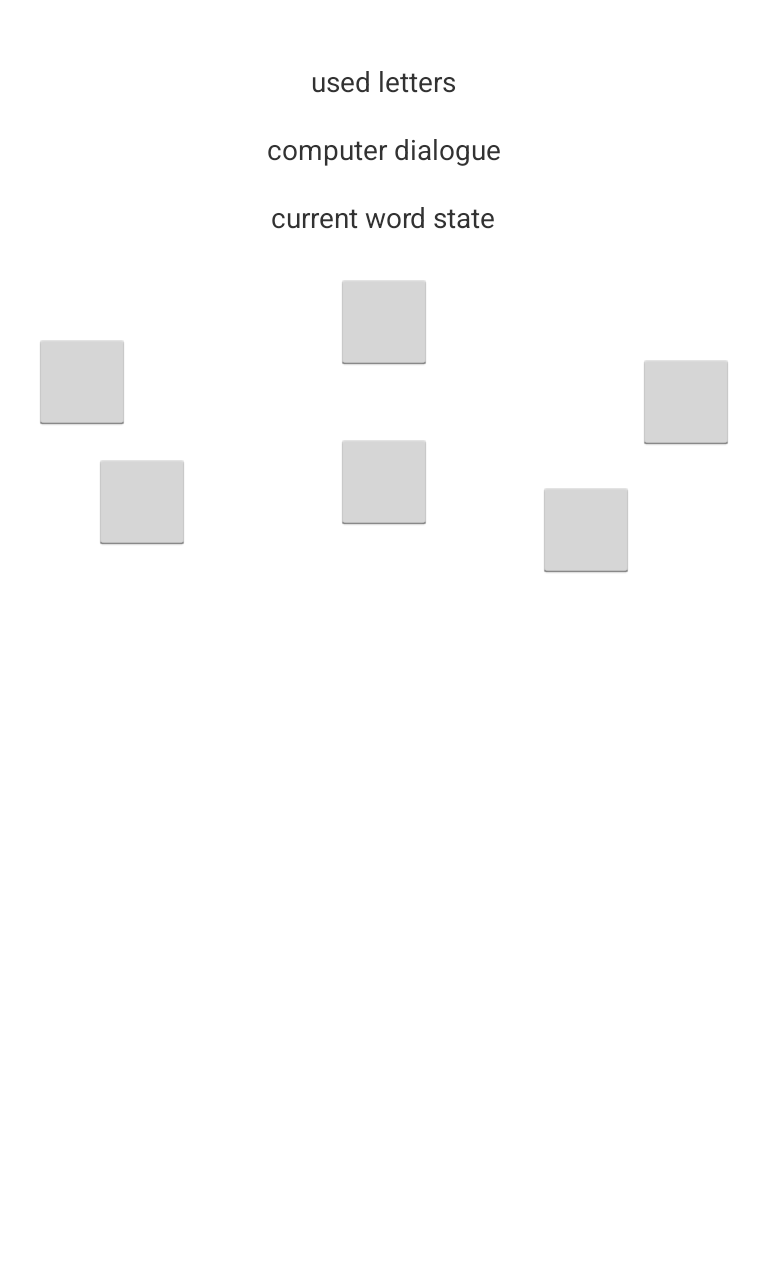
Repository: svandenhout/EvilSpaceMonsterHangman
Layout: evilSpaceMonsterHangman/res/layout/activity_main.xml
The author's editor kept a copy of each file at every save. The layout is drawn from the files as they stood at one save, then again after the next save.
It is drawn on a 768 x 1280 px phone screen (xhdpi) without system bars, with theme AppTheme; the app's code is not run.

Above is the layout before, as saved 2013-12-16 13:21:43.

After the next save:
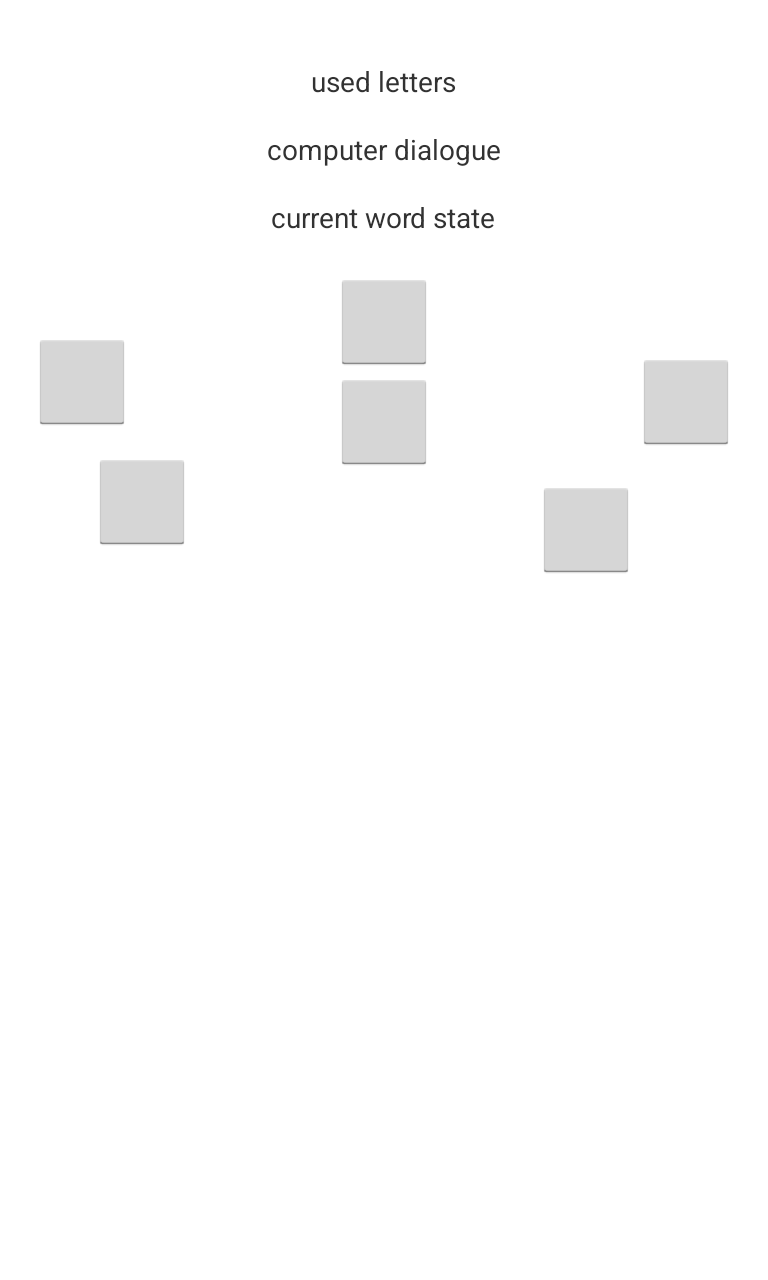
Saved 77 s later.
--- a/evilSpaceMonsterHangman/res/layout/activity_main.xml
+++ b/evilSpaceMonsterHangman/res/layout/activity_main.xml
@@ -70,14 +70,6 @@
         android:onClick="eyePress" />
 
     <Button
-        android:id="@+id/eye_4"
-        android:layout_width="50dp"
-        android:layout_height="50dp"
-        android:layout_alignLeft="@+id/eye_3"
-        android:layout_below="@+id/eye_6"
-        android:onClick="eyePress" />
-
-    <Button
         android:id="@+id/eye_1"
         android:layout_width="50dp"
         android:layout_height="50dp"
@@ -86,4 +78,13 @@
         android:layout_toLeftOf="@+id/eye_2"
         android:onClick="eyePress" />
 
+    <Button
+        android:id="@+id/eye_4"
+        android:layout_width="50dp"
+        android:layout_height="50dp"
+        android:layout_below="@+id/eye_3"
+                android:layout_centerHorizontal="true"
+
+        android:onClick="eyePress" />
+
 </RelativeLayout>
